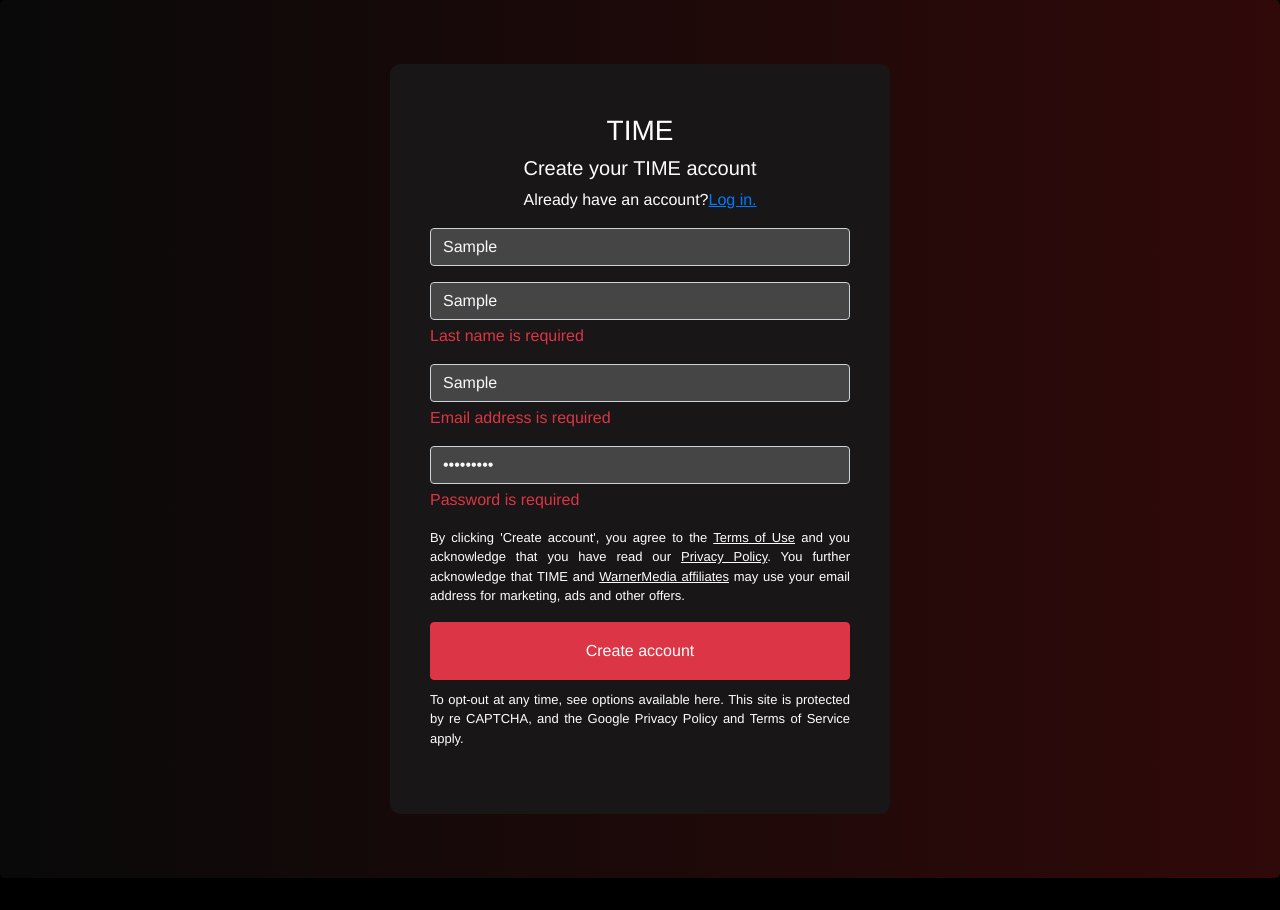
Repository: Vu14082002/WebTinTuc
Page: html/SignUp.html
These files come from the project's save history. The page is drawn as it stood at one moment and after a run of saves; the edit follows.
The browser window is 1280 px wide. The pictures show the whole page.
Empty fields were first filled with sample values (such as "Sample", 5 or name@example.com).
After loading, the first visible `#LasttName` was changed once.
Some web libraries are served in a nearby version.

Above is the page before, as saved 2022-04-12 20:50:33.

### html/SignUp.html
<!DOCTYPE html>
<html lang="en">
<head>
    <meta charset="UTF-8">
    <meta http-equiv="X-UA-Compatible" content="IE=edge">
    <meta name="viewport" content="width=device-width, initial-scale=1.0">
    <title>Create a TIME account | TIME</title>
    <link
    rel="stylesheet"
    href="https://pro.fontawesome.com/releases/v5.10.0/css/all.css"
    integrity="sha384-AYmEC3Yw5cVb3ZcuHtOA93w35dYTsvhLPVnYs9eStHfGJvOvKxVfELGroGkvsg+p"
    crossorigin="anonymous"
  />
    <script src="../bootstrap-4/js/jquery-3.6.0.min.js"></script>
    <script src="../bootstrap-4/js/bootstrap.min.js"></script>
    <link rel="stylesheet" href="../bootstrap-4/css/bootstrap.min.css">
    <link rel="stylesheet" href="../css/index_Footer.css">
    <link rel="stylesheet" href="../css/init.css">
    <link rel="stylesheet" href="../css/index_Header.css">
    <link rel="stylesheet" href="../css/login.css">
    <link rel="stylesheet" href="../css/SignUP.css">
    <link rel="icon" href="../Image/logo.png" type="image/gif" sizes="16x16">
</head>
<body>
    <div class="container-fluid jumbotron">
        <div class="box text-center">
            <h3>TIME</h3>
            <h5>Create your TIME account</h5>
            <p>Already have an account?<a href="../html/login.html">Log in.</a></p>
            <div class="form-group ">
                <input type="text" id="FirstName" placeholder="Firs tName*  " class="form-control  text-light " onchange="checkFirstName()"  required >
                <p class="text-left mt-1">
                    <span id="checkEmail"  class="checkLogin text-left text-right mb-2 text-danger" ></span>
                </p>
                <input type="text" id="LasttName" placeholder="Last Name* " class="form-control  text-light " onchange="checkLastNamName()"  required >
                <p class="text-left mt-1">
                    <span id="checkLastName"  class="checkLogin text-left text-right mb-2 text-danger" >Last name is required</span>
                </p>
                <input type="text" id="email" placeholder="Email address* " onchange="checkPass()" class="form-control  text-light "  required >
                <p class="text-left mt-1">
                    <span id="checkEmail"  class="checkLogin text-left text-right mb-2 text-danger" >Email address is required <span>
                </p>
                <input type="password" id="pass"  placeholder="Password*" class="form-control text-light"  required>
                <p class="text-left mt-1">
                    <span id="checkEmail"  class="checkLogin text-left text-right mb-2 text-danger" >Password is required <span>
                </p>
                <p class=" text-justify">
                    By clicking 'Create account', you agree to the <a  class="theA" href="../html/TermsOfuse.html">Terms of Use</a> and you acknowledge that you have read our
                    <a  class="theA" href="https://www.warnermediaprivacy.com/policycenter/b2c/affiliateslist/">Privacy Policy</a>. You further acknowledge that TIME and <a  class="theA" href="../html/TermsOfuse.html">WarnerMedia affiliates</a> may use your email address for marketing,
                    ads and other offers.
                </p>
                <a href="../html/login.html"><button type="button" class="btn btn-danger w-100 p-3">Create account</button>  </a>
                <p class=" text-justify rieng">
                    To opt-out at any time, see options available here. This site is protected by re CAPTCHA, and the Google Privacy Policy and Terms of Service apply.
                </p>
            </div>

        </div>

    </div>
    <script src="../js/signup.js"></script>
</body>
</html>

### css/index_Footer.css
footer {
    width: 100%;
    background-color: black;
}
.main{
    width: 85%;
    margin: 0 auto;
}
.main__top__search {
    padding-top: 60px;
    width: 100%;
}
.main__top__search >input {
    width: 100%;
    height: 35px;
    padding: 0 8px;
    border-radius: 3px ;
    outline: none;
}
.main__top__search1{
    display: flex;
    flex-direction: row-reverse;
    margin-top: -25px;
    margin-right: 10px;
    font-weight: bold;
    color: rgba(103, 85, 76,1);
    cursor: pointer;
}
.main__mid{
    margin: 35px 0px;
    margin-bottom: 40px;
}
.main__mid {
    display: flex;
    flex-wrap: wrap;
}
.main__mid > div {
    width: calc(100%/7);
    font-size: 14px;
    color: white;
    margin-bottom: 20px;

}
.main__mid > div  a {
    color: rgb(230 230 230);
    display: inline-block;
    margin-bottom: 8px;
}
.main__mid > div  > a {
    font-size: 16px;
    font-weight: 700;
    transition: 0.3s;
}
.main__mid > div  a:hover {
    text-decoration: underline;
    color: white;
}
.main__bottom {
    border-top: 1px solid rgb(230, 230, 230);
    display: flex;
    flex-direction: row-reverse;
    padding: 40px 0px;
}
.main__bottom > div > a, .main__bottom > div{
    width: 3%;
    max-width: 15%;
    margin: 5px;
    font-size: 25px;
    color: rgb(230, 230, 230)
}
.main__bottom > div >a :hover{
    color: white;
}
.main__bottom > div:last-child{
    font-weight: bold;
    font-size: 20px;
    text-align: center;
    width: 20%;
    margin-right: 10px;
    border-right: 1px solid rgb(230, 230, 230) ;
}

### css/init.css
* {
    font-family: Helvetica, Helvetica, Arial, sans-serif;
    box-sizing: border-box;
    list-style-type: none;
    margin: 0;
    padding: 0;
    text-decoration:  none;
    box-sizing: border-box;
  }
  a{
    text-decoration: none !important;
  }

### css/index_Header.css
/* HEADER */
header{
    position: sticky; top: 0;
    z-index: 100;
}
.gif {
  background-color: #262626;
  width: 100%;
  height: 300px;
  padding: 25px;
  text-align: center;
  margin-top: 0px;

}
 .gif > img {
    display: inline-block;
    margin: 0 auto;
}
header > section {
  border-bottom: 1px solid rgb(230 230 230);

  width: 100%;
  background-color: #0c0c0c;
  display: flex;
  height: 56px;
}
header > section > nav {
    display: flex;
    /* border-bottom: 1px solid white; */
    width: 85%;
    margin:0  auto ;

}
header > section > nav > ul:first-child{
    width: 80%;
    display: flex;
}
header > section > nav > ul:last-child{
    display: flex;
    flex-direction:  row-reverse;
    width: 20%;
}

header > section > nav> ul > li{
    max-width: 300px;
}
/* paddingMenu */
header > section > nav> ul> li:first-child{
    background: #CC0000;
    padding-bottom: 55px;
}
header > section > nav> ul > li > a {
    font-size: 16px;
    text-decoration:  none;
    display: block;
    padding: 18px;
    color: #e4dfd7;
}
header > section > nav> ul > li:first-child > a{
    color: white;
}
header > section > nav> ul > li > a:hover{
    color: white;
}
.tieude{
    overflow: hidden;
}

### css/login.css
body{
    background-color: black;
}
.container-fluid{
    background-image: linear-gradient(to right, #090909 , #300909);
    border-radius: none;
}
.box{
    width: 500px;
    margin: 0 auto;
    background-color: #181616;
    padding: 50px 40px;
        color: white;
    border-radius: 10px;
}
.box input[type="text"],.box input[type="password"]{
    background-color: #464546;
}
.checkLogin{
    color: rgb(207, 90, 90);
}
.box ::placeholder {
    font-weight: 700;
    color: #fafdfd;
    opacity: 1; /* Firefox */
}
.box  :-ms-input-placeholder { /* Internet Explorer 10-11 */
    color: #fafdfd;
}
.box ::-ms-input-placeholder { /* Microsoft Edge */
    color: #fafdfd;
}
.box input:focus{
    color: #fafdfd;
}
.search{
    margin-top: -3px;
}
button > a{
    text-decoration: none;
    color: white;
}
.theA{
    color: white;
    text-decoration:underline;
}
.theA:hover{
    color: #d7d8d8;
}
.text-justify{
    font-size: 13px;
    word-spacing: 0.5px;
}
.rieng{
    margin-top: 10px;

}

### css/SignUP.css
a{
    text-decoration: underline !important;
}

### js/signup.js
function checkFirstName() {
    var d = document.getElementById("FirstName").value
    var pt=/^[A-Z][a-z]+(\s[A-Z][a-z])*$/
    if(d.trim()==""){
        document.getElementById("checkEmail").innerHTML="First name is required"
        return;
    }
    if(pt.test(d)){
        document.getElementById("checkEmail").innerHTML=""
        return;
    }
        document.getElementById("checkEmail").innerHTML="First Name begin Uppercharacter"
        return;
}
function checkLastNamName() {
    var d = document.getElementById("LasttName").value
    var pt=/^[A-Z][a-z]+(\s[A-Z][a-z])*$/
    if(d.trim()==""){
        document.getElementById("checkEmail").innerHTML="First name is required"
        return;
    }
    if(pt.test(d)){
        document.getElementById("checkEmail").innerHTML=""
        return;
    }
        document.getElementById("checkEmail").innerHTML="First Name begin Uppercharacter"
        return;
}

Loaded but not shown: bootstrap-4/js/jquery-3.6.0.min.js (library); bootstrap-4/js/bootstrap.min.js (library); bootstrap-4/css/bootstrap.min.css (library)

After the next 2 saves:
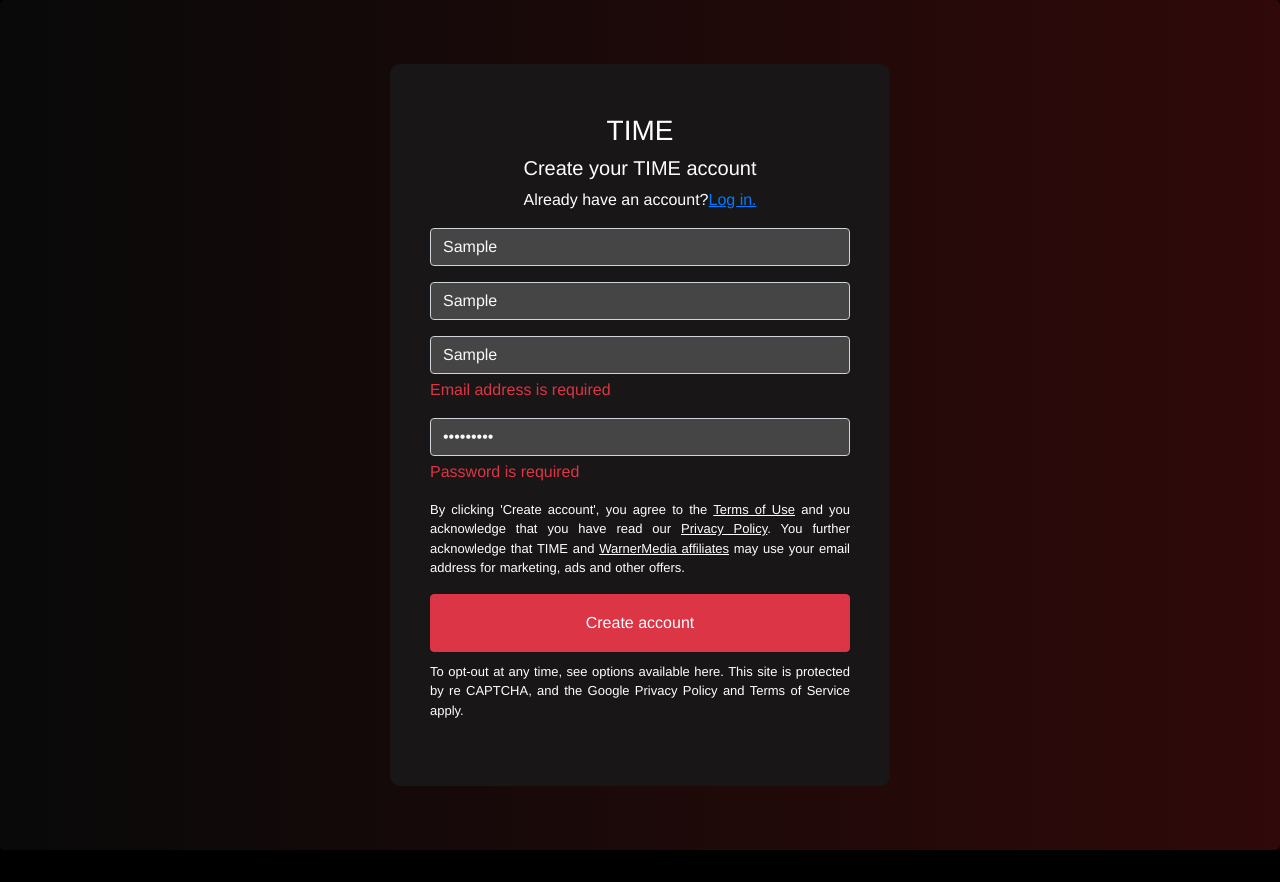
The 2 saves are shown as one change because they came seconds apart.
The last was saved 5 s later.
--- a/js/signup.js
+++ b/js/signup.js
@@ -16,13 +16,13 @@
     var d = document.getElementById("LasttName").value
     var pt=/^[A-Z][a-z]+(\s[A-Z][a-z])*$/
     if(d.trim()==""){
-        document.getElementById("checkEmail").innerHTML="First name is required"
+        document.getElementById("checkLastName").innerHTML="First name is required"
         return;
     }
     if(pt.test(d)){
-        document.getElementById("checkEmail").innerHTML=""
+        document.getElementById("checkLastName").innerHTML=""
         return;
     }
-        document.getElementById("checkEmail").innerHTML="First Name begin Uppercharacter"
+        document.getElementById("checkLastName").innerHTML="First Name begin Uppercharacter"
         return;
 }
